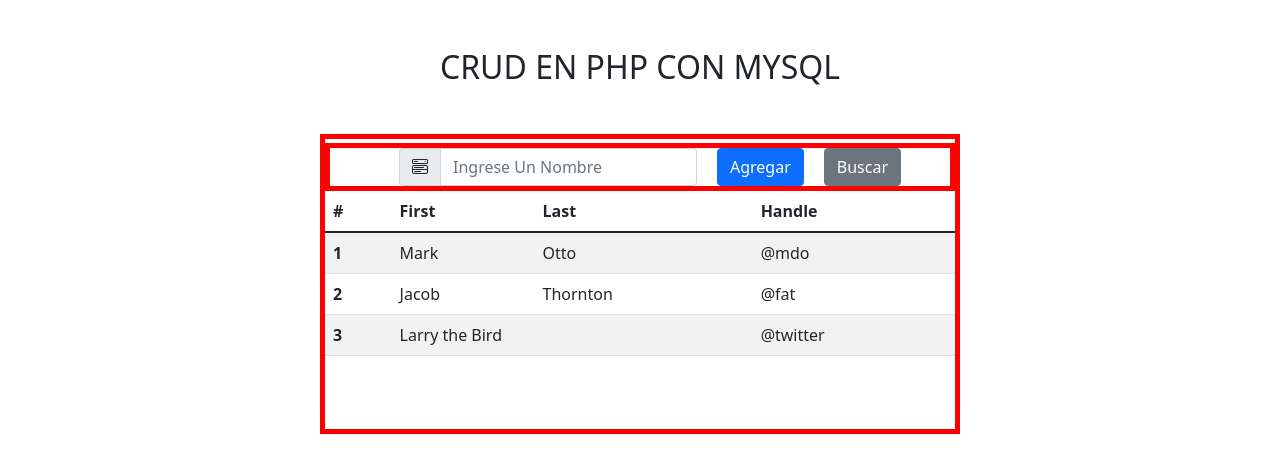
Repository: nder1996/CRUD_SENCILLO
Page: http://localhost/
These files come from the project's save history. The page is drawn as it stood at one moment and after the next save; the edit follows.
The browser window is 1280 px wide. The pictures show the whole page.
The page is run by PHP 8.4 with error messages shown; the project is at /var/www/html/.

Above is the page before, as saved 2021-10-04 20:07:40.

### CRUD - SILENCIADO/index.php
<!DOCTYPE html>
<html lang="en">
<head>
    <meta charset="UTF-8">
    <meta http-equiv="X-UA-Compatible" content="IE=edge">
    <meta name="viewport" content="width=device-width, initial-scale=1.0">
    <title>CRUD PHP</title>
    <link href="https://cdn.jsdelivr.net/npm/bootstrap@5.1.1/dist/css/bootstrap.min.css" rel="stylesheet" integrity="sha384-F3w7mX95PdgyTmZZMECAngseQB83DfGTowi0iMjiWaeVhAn4FJkqJByhZMI3AhiU" crossorigin="anonymous">
    <link rel="stylesheet" href="css/estilos.css">
    <link rel="stylesheet" href="https://cdnjs.cloudflare.com/ajax/libs/bootstrap-icons/1.5.0/font/bootstrap-icons.min.css" integrity="sha512-xnP2tOaCJnzp2d2IqKFcxuOiVCbuessxM6wuiolT9eeEJCyy0Vhcwa4zQvdrZNVqlqaxXhHqsSV1Ww7T2jSCUQ==" crossorigin="anonymous" referrerpolicy="no-referrer" />
</head>
<body>
    <h2 class="text-center mt-5">CRUD EN PHP CON MYSQL</h2>
    <div class="contenedor mt-5">
            <div class="input_button mt-1 d-flex justify-content-center">
                <section class="">
                    <label class="visually-hidden" for="inlineFormInputGroupUsername">Username</label>
                    <div class="input-group">
                      <div class="input-group-text"><i class="bi bi-menu-button-wide"></i></div>
                      <input type="text" class="form-control" id="inlineFormInputGroupUsername" placeholder="Ingrese Un Nombre">
                    </div>
                </section>
                <section>
                    <button type="button" class="btn btn-primary">Agregar</button>
                </section>
                <section>
                    <button type="button" class="btn btn-secondary">Buscar</button>
                </section>
            </div>
            <table class="table table-striped">
                <thead>
                    <tr>
                      <th scope="col">#</th>
                      <th scope="col">First</th>
                      <th scope="col">Last</th>
                      <th scope="col">Handle</th>
                    </tr>
                  </thead>
                  <tbody>
                    <tr>
                      <th scope="row">1</th>
                      <td>Mark</td>
                      <td>Otto</td>
                      <td>@mdo</td>
                    </tr>
                    <tr>
                      <th scope="row">2</th>
                      <td>Jacob</td>
                      <td>Thornton</td>
                      <td>@fat</td>
                    </tr>
                    <tr>
                      <th scope="row">3</th>
                      <td colspan="2">Larry the Bird</td>
                      <td>@twitter</td>
                    </tr>
                  </tbody>
              </table>
    </div>
    <script src="https://cdn.jsdelivr.net/npm/bootstrap@5.1.1/dist/js/bootstrap.bundle.min.js" integrity="sha384-/bQdsTh/da6pkI1MST/rWKFNjaCP5gBSY4sEBT38Q/9RBh9AH40zEOg7Hlq2THRZ" crossorigin="anonymous"></script>
</body>
</html>

### CRUD - SILENCIADO/css/estilos.css
.contenedor{
    border:5px solid red;
    width: 50%;
    height: 300px;
    margin: auto;
}

.input_button{
    border:5px solid red;
}

.input_button section{
    margin-left: 20px;
}

After the next save:
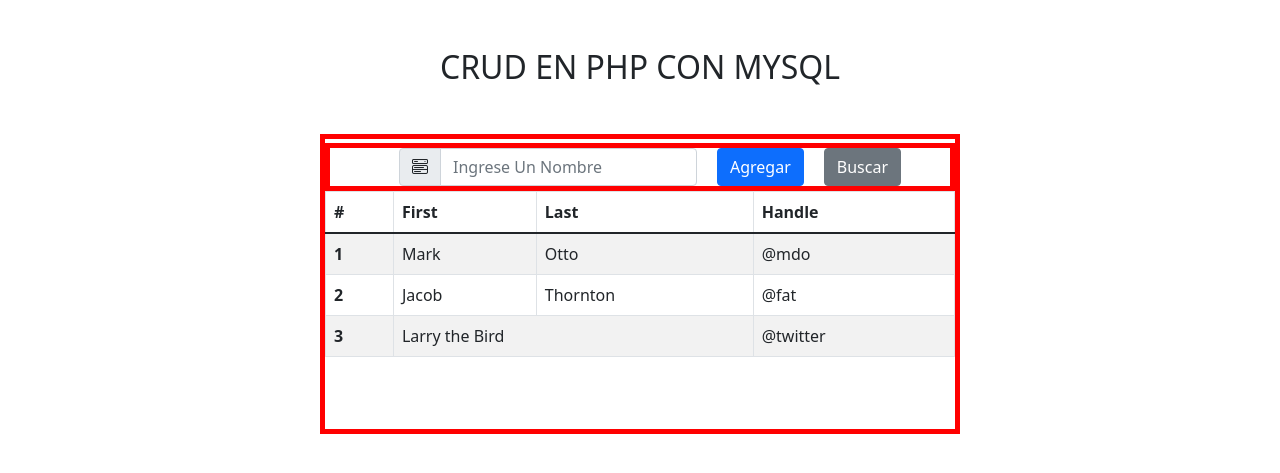
Saved 18 s later.
--- a/CRUD - SILENCIADO/index.php
+++ b/CRUD - SILENCIADO/index.php
@@ -27,7 +27,7 @@
                     <button type="button" class="btn btn-secondary">Buscar</button>
                 </section>
             </div>
-            <table class="table table-striped">
+            <table class="table table-bordered table-striped">
                 <thead>
                     <tr>
                       <th scope="col">#</th>
